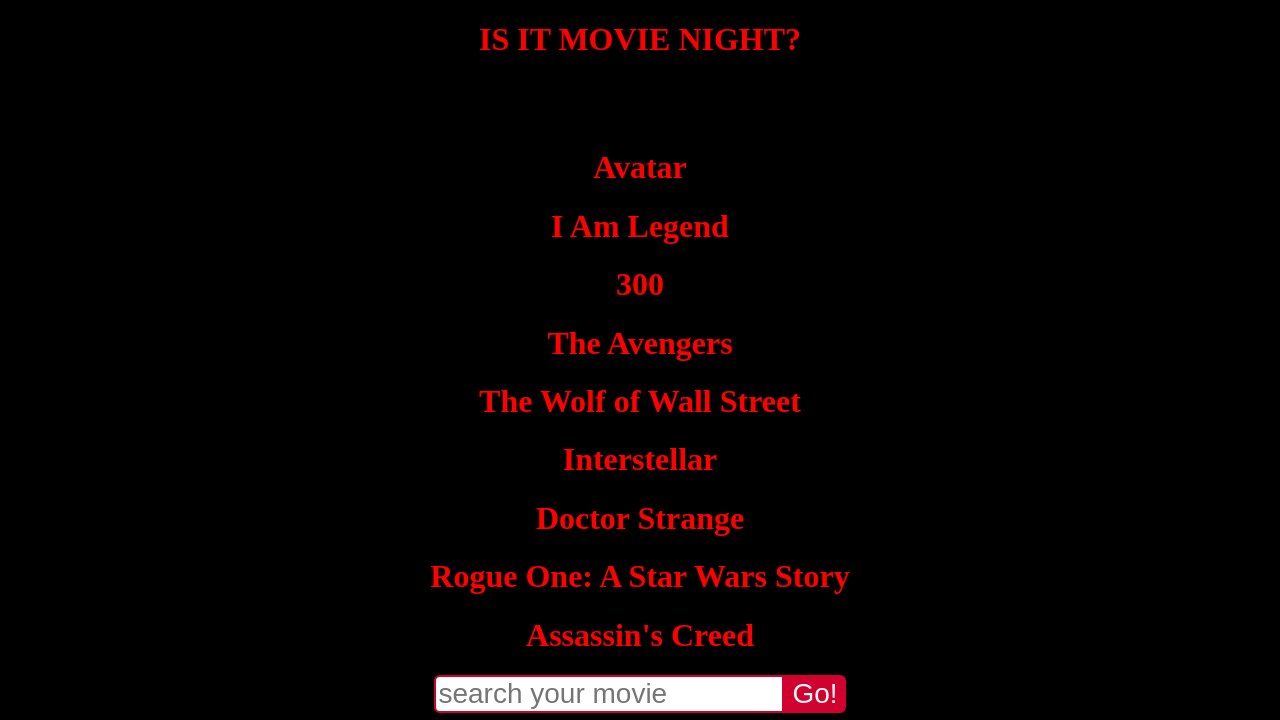
Repository: runner855/movies-app
Page: /
The author's editor kept a copy of each file at every save. The page is drawn from the files as they stood at one save, then again after the next save.
The browser window is 1280 px wide. The pictures show the whole page.
The project was rebuilt for these pictures with package versions that can differ from the ones it lists, and the page was loaded fresh each time.

Above is the page before, as saved 2021-06-16 19:14:27.

After the next save:
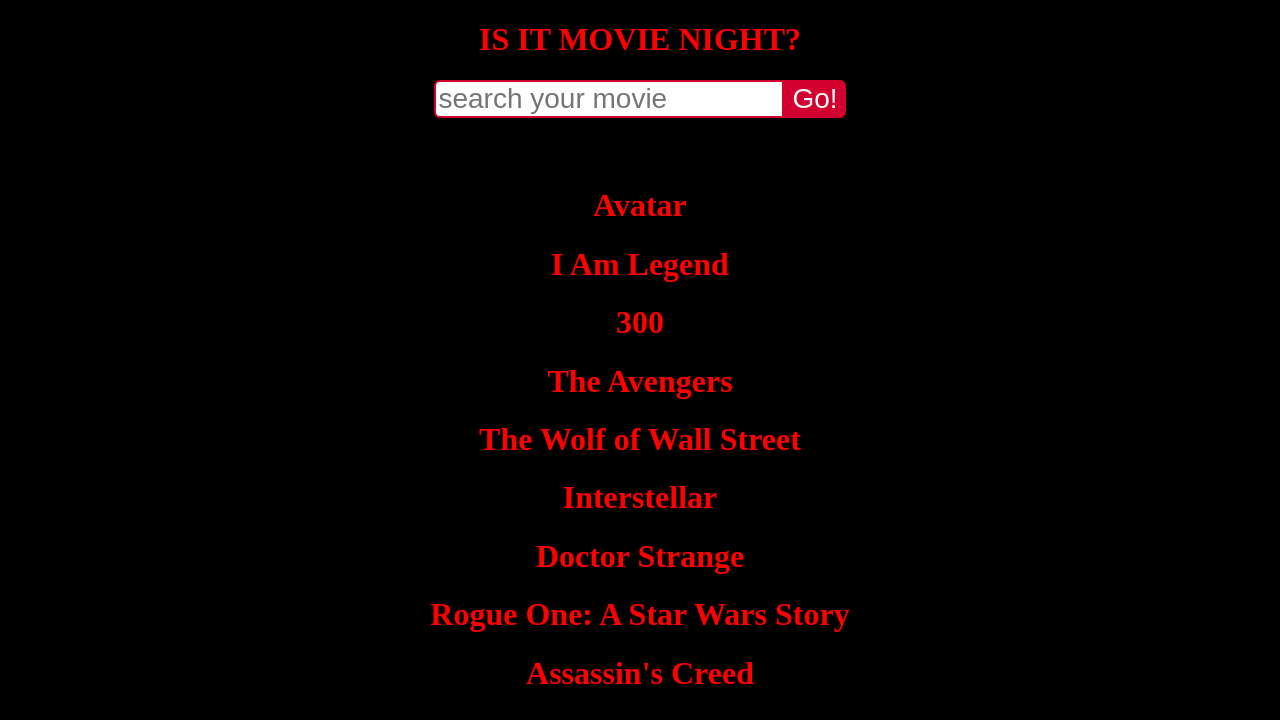
Saved 41 s later.
--- a/src/components/App.js
+++ b/src/components/App.js
@@ -8,8 +8,8 @@
   return (
     <div className="App">
       <Header />
+      <Search />
       <Movies />
-      <Search />
     </div>
   );
 };
